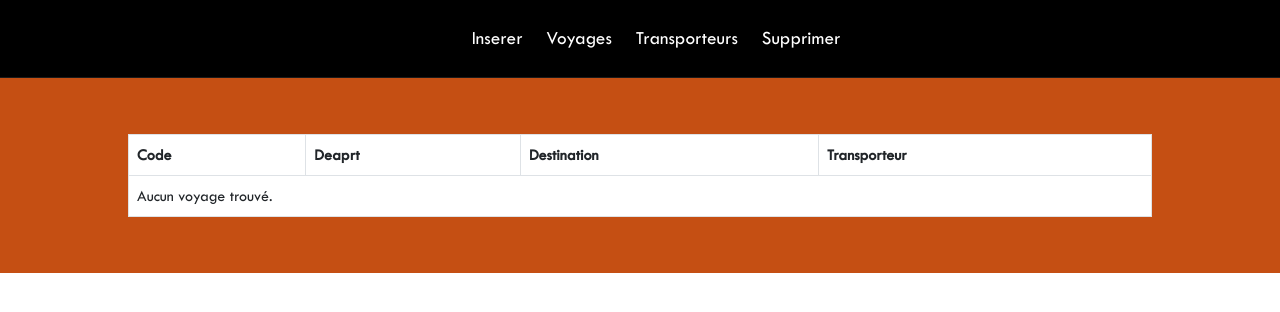
Repository: padevft/examen1-php
Page: http://localhost/server/pages/voyages.php
These files come from the project's save history. The page is drawn as it stood at one moment and after the next save; the edit follows.
The browser window is 1280 px wide. The pictures show the whole page.
The page is run by PHP 8.4 with error messages shown; the project is at /var/www/html/.

Above is the page before, as saved 2023-10-10 23:24:33.

After the next save:
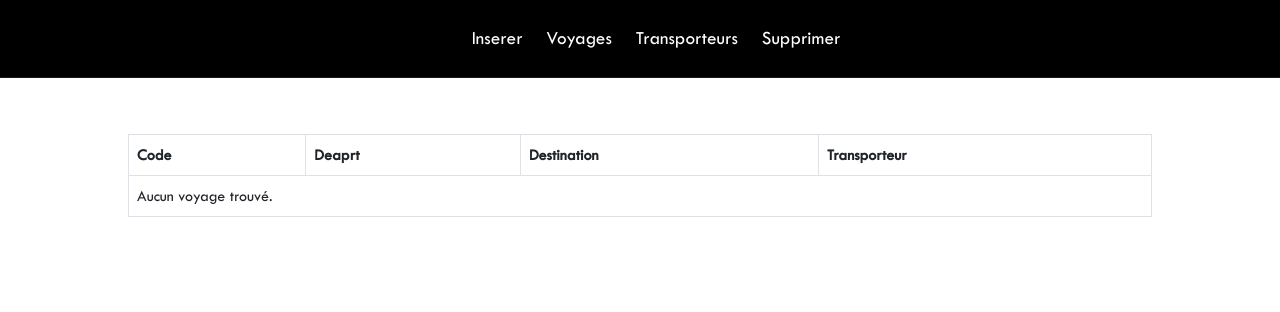
Saved 17 s later.
--- a/client/css/styles.css
+++ b/client/css/styles.css
@@ -89,5 +89,4 @@ header ul {
 }
 .voyages{
   padding: 3rem 8rem;
-  background-color: #c54f13;
 }
